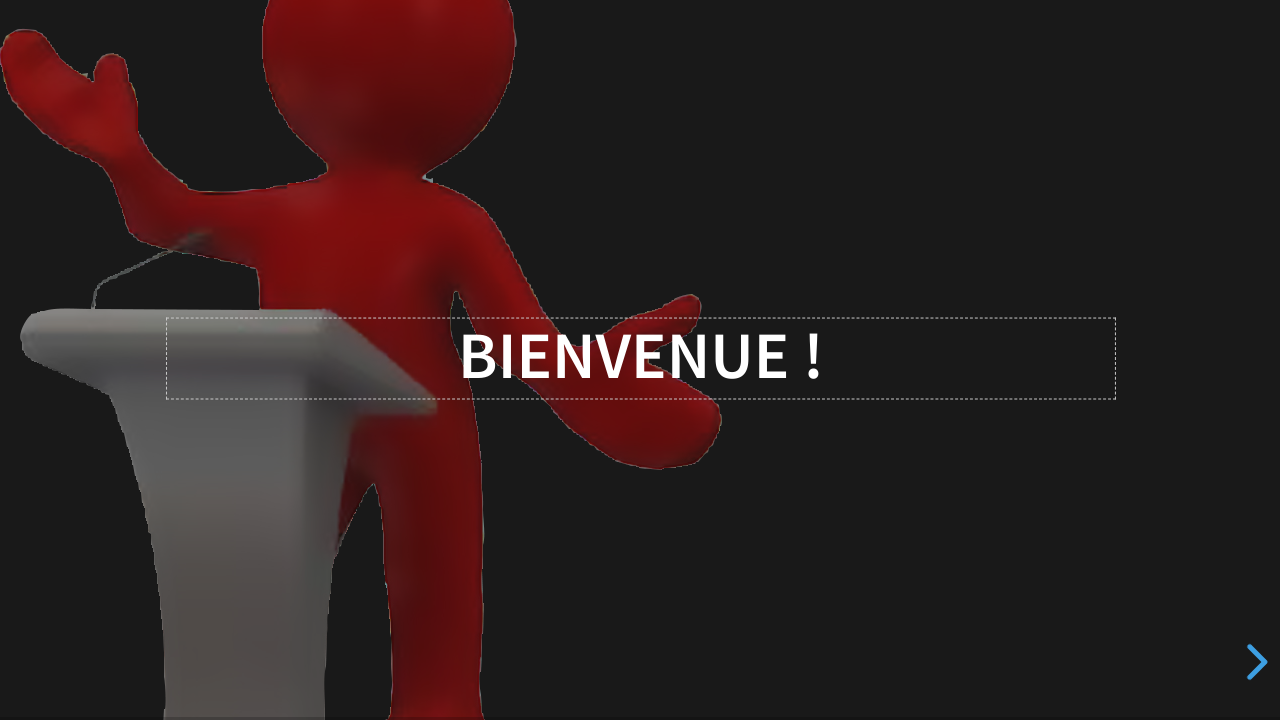
Repository: cutesquirrel/pres-college
Page: index.html
An editor plug-in stored every save of this project. The page is shown before and after the next save, followed by the edit.
The browser window is 1280 px wide. The pictures show the whole page.

Above is the page before, as saved 2024-03-31 10:49:46.

### index.html
<!doctype html>
<html lang="en">
	<head>
		<meta charset="utf-8">
		<meta name="viewport" content="width=device-width, initial-scale=1.0, maximum-scale=1.0, user-scalable=no">

		<title>reveal.js</title>

		<link rel="stylesheet" href="dist/reset.css">
		<link rel="stylesheet" href="dist/reveal.css">
		<link rel="stylesheet" href="dist/theme/black.css">

		<!-- Theme used for syntax highlighted code -->
		<link rel="stylesheet" href="plugin/highlight/monokai.css">
		<link rel="stylesheet" href="custom.css">
	</head>
	<body>
		<div class="reveal">
			<div class="slides">
				<section data-background-image="./whoami.png" data-background-size="722px" data-background-position="left" data-background-repeat="no-repeat" data-background-opacity="0.5">
					<h2 class="animate-text">Bienvenue !</h2>
				</section>
				<section data-background-image="./whoami.png" data-background-size="722px" data-background-position="left" data-background-repeat="no-repeat" data-background-opacity="0.5">
					<h2>Qui suis-je ?</h2>
				</section>
				<section data-background-image="./fond_dev.png" >
					<h2>Développement ?</h2>
				</section>
				<section>

					<h2>Idées de thèmes</h2>
					<ul class="r-fit-text">
<li class="fragment fade-left">Les différentes activités réalisées dans votre travail
Développement Web
Gestion de projet
Management d'équipe
Travailler avec les fournisseurs : hébergeur, avis clients par ex, réseaux sociaux
Réunions d'équipe : qui travaille sur quoi ?
Réunions pour préparer des nouveaux projets
Réunions de crise : gros souci sur un site, on ne vend plus ? panique à bord ?


</li>
<li class="fragment fade-left">Description d'une journée type
	Je dirige une équipe de 8 personnes, coupée en 3 : une partie à Aix, l'autre à Montpellier, 1 en Bretagne
	On utilise donc beaucoup Slack, un outil pour communiquer entre nous, comme WhatsApp
Outils de chat : 2
</li>

<li class="fragment fade-left">les horaires de travail -

	9h-12h/14h-18h environ</li>

<li class="fragment fade-left">lieu(x) d’exercice du métier:

	dans l'entreprise, à Aix, ou en télétravail 2j/semaine</li>

<li class="fragment fade-left">les qualités et compétences demandées
	passioné par le développement
  curieux, inventif
	aimer travailler en équipe
	autonôme parfois
</li>

<li class="fragment fade-left">votre parcours de formation
ESIGELEC, école d'ingénieur généraliste.
Plein d'autres formations possibles : EPITECH, l'école 42, BTS, BUT, formation de reconversion


</li>
<li class="fragment fade-left">la place de l’anglais dans votre profession</li>
<li class="fragment fade-left">L’éducation nationale s’engage pour le développement durable et la transition écologique :
	la question de l’environnement est au coeur des nouveaux programme du lycée.

	parler de la question de la consommation énergétique
	Green IT ?
  Netflix, moteurs de recherche comme Google, l'intelligence articielle, le bitcoin - consommation énergétique monstrueuse


</li>
<li class="fragment fade-left">Entreprise ? égalité fille/ garçon: la part des femmes et des hommes dans votre entreprise

	Parmi les développeurs/euses, il y a encore peu de femmes.
	La preuve, je n'ai qu'une femme dans mon équipe sur 8 personnes...

	Par contre, au service marketing, dont je fais partie, c'est principalement des femmes :
	   graphistes, designeuses
	   community manager
		 responsable produit
		 ventes

  De nombreuses initiatives existent pour promouvoir la place de la femme dans ce métier.

</li>
					</ul>

TROUVER QQ PHOTOS HOMAIR
QQ PHOTOS AGREMENTANT LA PRESENTATION

				</section>
				<section>
					<section>Slide 2.1</section>
					<section>Slide 2.2</section>
				</section>
				<section data-transition="convex">
					<h3>data-transition: convex</h3>
				</section>
				<section data-background="indigo">
					<h2>Scroll triggered fragments</h2>
					<ul>
						<li class="fragment fade-left">Step one</li>
						<li class="fragment fade-left">Step two</li>
						<li class="fragment fade-left">Step three</li>
					</ul>
				</section>
			</div>
		</div>

		<script src="dist/reveal.js"></script>
		<script src="plugin/notes/notes.js"></script>
		<script src="plugin/markdown/markdown.js"></script>
		<script src="plugin/highlight/highlight.js"></script>
		<script>
			// More info about initialization & config:
			// - https://revealjs.com/initialization/
			// - https://revealjs.com/config/
			Reveal.initialize({
				hash: true,

				// Learn about plugins: https://revealjs.com/plugins/
				plugins: [ RevealMarkdown, RevealHighlight, RevealNotes ]
			});
		</script>
		<script src="custom.js"></script>
	</body>
</html>

### dist/theme/black.css
/**
 * Black theme for reveal.js. This is the opposite of the 'white' theme.
 *
 * By Hakim El Hattab, http://hakim.se
 */
@import url(./fonts/source-sans-pro/source-sans-pro.css);
section.has-light-background, section.has-light-background h1, section.has-light-background h2, section.has-light-background h3, section.has-light-background h4, section.has-light-background h5, section.has-light-background h6 {
  color: #222;
}

/*********************************************
 * GLOBAL STYLES
 *********************************************/
:root {
  --r-background-color: #191919;
  --r-main-font: Source Sans Pro, Helvetica, sans-serif;
  --r-main-font-size: 42px;
  --r-main-color: #fff;
  --r-block-margin: 20px;
  --r-heading-margin: 0 0 20px 0;
  --r-heading-font: Source Sans Pro, Helvetica, sans-serif;
  --r-heading-color: #fff;
  --r-heading-line-height: 1.2;
  --r-heading-letter-spacing: normal;
  --r-heading-text-transform: uppercase;
  --r-heading-text-shadow: none;
  --r-heading-font-weight: 600;
  --r-heading1-text-shadow: none;
  --r-heading1-size: 2.5em;
  --r-heading2-size: 1.6em;
  --r-heading3-size: 1.3em;
  --r-heading4-size: 1em;
  --r-code-font: monospace;
  --r-link-color: #42affa;
  --r-link-color-dark: #068de9;
  --r-link-color-hover: #8dcffc;
  --r-selection-background-color: rgba(66, 175, 250, 0.75);
  --r-selection-color: #fff;
  --r-overlay-element-bg-color: 240, 240, 240;
  --r-overlay-element-fg-color: 0, 0, 0;
}

.reveal-viewport {
  background: #191919;
  background-color: var(--r-background-color);
}

.reveal {
  font-family: var(--r-main-font);
  font-size: var(--r-main-font-size);
  font-weight: normal;
  color: var(--r-main-color);
}

.reveal ::selection {
  color: var(--r-selection-color);
  background: var(--r-selection-background-color);
  text-shadow: none;
}

.reveal ::-moz-selection {
  color: var(--r-selection-color);
  background: var(--r-selection-background-color);
  text-shadow: none;
}

.reveal .slides section,
.reveal .slides section > section {
  line-height: 1.3;
  font-weight: inherit;
}

/*********************************************
 * HEADERS
 *********************************************/
.reveal h1,
.reveal h2,
.reveal h3,
.reveal h4,
.reveal h5,
.reveal h6 {
  margin: var(--r-heading-margin);
  color: var(--r-heading-color);
  font-family: var(--r-heading-font);
  font-weight: var(--r-heading-font-weight);
  line-height: var(--r-heading-line-height);
  letter-spacing: var(--r-heading-letter-spacing);
  text-transform: var(--r-heading-text-transform);
  text-shadow: var(--r-heading-text-shadow);
  word-wrap: break-word;
}

.reveal h1 {
  font-size: var(--r-heading1-size);
}

.reveal h2 {
  font-size: var(--r-heading2-size);
}

.reveal h3 {
  font-size: var(--r-heading3-size);
}

.reveal h4 {
  font-size: var(--r-heading4-size);
}

.reveal h1 {
  text-shadow: var(--r-heading1-text-shadow);
}

/*********************************************
 * OTHER
 *********************************************/
.reveal p {
  margin: var(--r-block-margin) 0;
  line-height: 1.3;
}

/* Remove trailing margins after titles */
.reveal h1:last-child,
.reveal h2:last-child,
.reveal h3:last-child,
.reveal h4:last-child,
.reveal h5:last-child,
.reveal h6:last-child {
  margin-bottom: 0;
}

/* Ensure certain elements are never larger than the slide itself */
.reveal img,
.reveal video,
.reveal iframe {
  max-width: 95%;
  max-height: 95%;
}

.reveal strong,
.reveal b {
  font-weight: bold;
}

.reveal em {
  font-style: italic;
}

.reveal ol,
.reveal dl,
.reveal ul {
  display: inline-block;
  text-align: left;
  margin: 0 0 0 1em;
}

.reveal ol {
  list-style-type: decimal;
}

.reveal ul {
  list-style-type: disc;
}

.reveal ul ul {
  list-style-type: square;
}

.reveal ul ul ul {
  list-style-type: circle;
}

.reveal ul ul,
.reveal ul ol,
.reveal ol ol,
.reveal ol ul {
  display: block;
  margin-left: 40px;
}

.reveal dt {
  font-weight: bold;
}

.reveal dd {
  margin-left: 40px;
}

.reveal blockquote {
  display: block;
  position: relative;
  width: 70%;
  margin: var(--r-block-margin) auto;
  padding: 5px;
  font-style: italic;
  background: rgba(255, 255, 255, 0.05);
  box-shadow: 0px 0px 2px rgba(0, 0, 0, 0.2);
}

.reveal blockquote p:first-child,
.reveal blockquote p:last-child {
  display: inline-block;
}

.reveal q {
  font-style: italic;
}

.reveal pre {
  display: block;
  position: relative;
  width: 90%;
  margin: var(--r-block-margin) auto;
  text-align: left;
  font-size: 0.55em;
  font-family: var(--r-code-font);
  line-height: 1.2em;
  word-wrap: break-word;
  box-shadow: 0px 5px 15px rgba(0, 0, 0, 0.15);
}

.reveal code {
  font-family: var(--r-code-font);
  text-transform: none;
  tab-size: 2;
}

.reveal pre code {
  display: block;
  padding: 5px;
  overflow: auto;
  max-height: 400px;
  word-wrap: normal;
}

.reveal .code-wrapper {
  white-space: normal;
}

.reveal .code-wrapper code {
  white-space: pre;
}

.reveal table {
  margin: auto;
  border-collapse: collapse;
  border-spacing: 0;
}

.reveal table th {
  font-weight: bold;
}

.reveal table th,
.reveal table td {
  text-align: left;
  padding: 0.2em 0.5em 0.2em 0.5em;
  border-bottom: 1px solid;
}

.reveal table th[align=center],
.reveal table td[align=center] {
  text-align: center;
}

.reveal table th[align=right],
.reveal table td[align=right] {
  text-align: right;
}

.reveal table tbody tr:last-child th,
.reveal table tbody tr:last-child td {
  border-bottom: none;
}

.reveal sup {
  vertical-align: super;
  font-size: smaller;
}

.reveal sub {
  vertical-align: sub;
  font-size: smaller;
}

.reveal small {
  display: inline-block;
  font-size: 0.6em;
  line-height: 1.2em;
  vertical-align: top;
}

.reveal small * {
  vertical-align: top;
}

.reveal img {
  margin: var(--r-block-margin) 0;
}

/*********************************************
 * LINKS
 *********************************************/
.reveal a {
  color: var(--r-link-color);
  text-decoration: none;
  transition: color 0.15s ease;
}

.reveal a:hover {
  color: var(--r-link-color-hover);
  text-shadow: none;
  border: none;
}

.reveal .roll span:after {
  color: #fff;
  background: var(--r-link-color-dark);
}

/*********************************************
 * Frame helper
 *********************************************/
.reveal .r-frame {
  border: 4px solid var(--r-main-color);
  box-shadow: 0 0 10px rgba(0, 0, 0, 0.15);
}

.reveal a .r-frame {
  transition: all 0.15s linear;
}

.reveal a:hover .r-frame {
  border-color: var(--r-link-color);
  box-shadow: 0 0 20px rgba(0, 0, 0, 0.55);
}

/*********************************************
 * NAVIGATION CONTROLS
 *********************************************/
.reveal .controls {
  color: var(--r-link-color);
}

/*********************************************
 * PROGRESS BAR
 *********************************************/
.reveal .progress {
  background: rgba(0, 0, 0, 0.2);
  color: var(--r-link-color);
}

/*********************************************
 * PRINT BACKGROUND
 *********************************************/
@media print {
  .backgrounds {
    background-color: var(--r-background-color);
  }
}

### plugin/highlight/monokai.css
/*
Monokai style - ported by Luigi Maselli - http://grigio.org
*/

.hljs {
  display: block;
  overflow-x: auto;
  padding: 0.5em;
  background: #272822;
  color: #ddd;
}

.hljs-tag,
.hljs-keyword,
.hljs-selector-tag,
.hljs-literal,
.hljs-strong,
.hljs-name {
  color: #f92672;
}

.hljs-code {
  color: #66d9ef;
}

.hljs-class .hljs-title {
  color: white;
}

.hljs-attribute,
.hljs-symbol,
.hljs-regexp,
.hljs-link {
  color: #bf79db;
}

.hljs-string,
.hljs-bullet,
.hljs-subst,
.hljs-title,
.hljs-section,
.hljs-emphasis,
.hljs-type,
.hljs-built_in,
.hljs-builtin-name,
.hljs-selector-attr,
.hljs-selector-pseudo,
.hljs-addition,
.hljs-variable,
.hljs-template-tag,
.hljs-template-variable {
  color: #a6e22e;
}

.hljs-comment,
.hljs-quote,
.hljs-deletion,
.hljs-meta {
  color: #75715e;
}

.hljs-keyword,
.hljs-selector-tag,
.hljs-literal,
.hljs-doctag,
.hljs-title,
.hljs-section,
.hljs-type,
.hljs-selector-id {
  font-weight: bold;
}

### custom.css
/* effet machine à écrire (SIMPLE) */
.animate-text {
	visibility:hidden;
  font-family:"courier",sans-serif;
  color:black;
}

/* déco */
.animate-text {
  width:100%; /* pour visualiser le passage a la ligne */
  border:1px dashed #ccc;
}

/* effet machine à écrire + animation CSS (SPECIAL) */
/*
.animate-text span {
	display:inline-block;
  color:purple;
  animation:fade-in 0.8s ease-in-out 1;
	animation-fill-mode: forwards;
}
@keyframes fade-in {
	0% { opacity:0; font-size:0; xxmargin-left:100px; }
  100% { opacity:1; xxfont-size:300%; xxtransform:rotate(360deg); margin-left:0; }
}
*/

### custom.js
/* ------------------------- */
/* Version en JavaScript pur */
/* ------------------------- */
'use strict'
window.addEventListener('DOMContentLoaded', (event) => {
  animate_text()
})
// -------------------
function animate_text() {
  setInterval(function () {
    let delay = 100,
      delay_start = 0,
      contents,
      letters

    document.querySelectorAll('.animate-text').forEach(function (elem) {
      contents = elem.textContent.trim()
      elem.textContent = ''
      letters = contents.split('')
      elem.style.visibility = 'visible'

      letters.forEach(function (letter, index_1) {
        setTimeout(function () {
          // ---------
          // effet machine à écrire (SIMPLE)
          elem.textContent += letter
          // ---------
          // OU :
          // effet machine à écrire + animation CSS (SPECIAL)
          /*
        var span = document.createElement('span');
        span.innerHTML = letter.replace(/ /,'&nbsp;');
        elem.appendChild(span);
*/
          // ---------
        }, delay_start + delay * index_1)
      })
      delay_start += delay * letters.length
    })
  }, 2000)
}

Loaded but not shown: dist/reset.css (common file); dist/reveal.css (library); dist/reveal.js (library); plugin/notes/notes.js (library); plugin/markdown/markdown.js (library); plugin/highlight/highlight.js (library); dist/theme/fonts/source-sans-pro/source-sans-pro.css (common file)

After the next save:
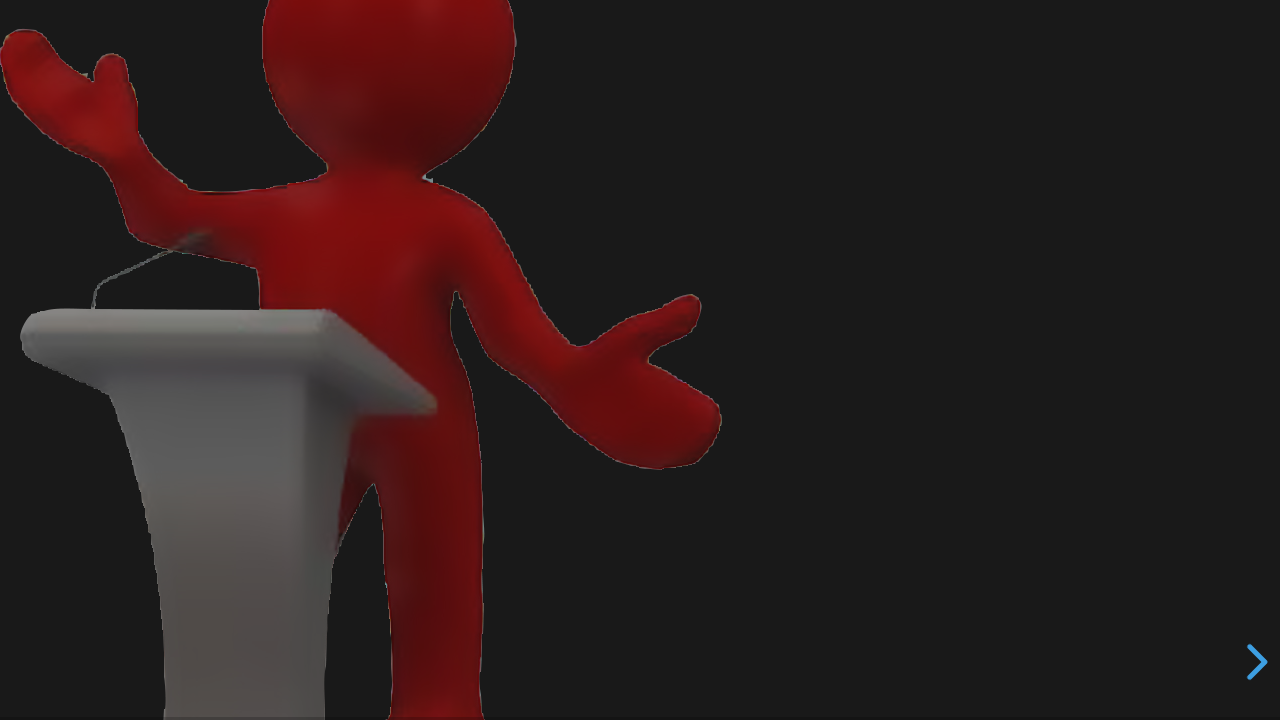
Saved 22 s later.
--- a/custom.js
+++ b/custom.js
@@ -37,5 +37,5 @@
       })
       delay_start += delay * letters.length
     })
-  }, 2000)
+  }, 6000)
 }

After the save that followed:
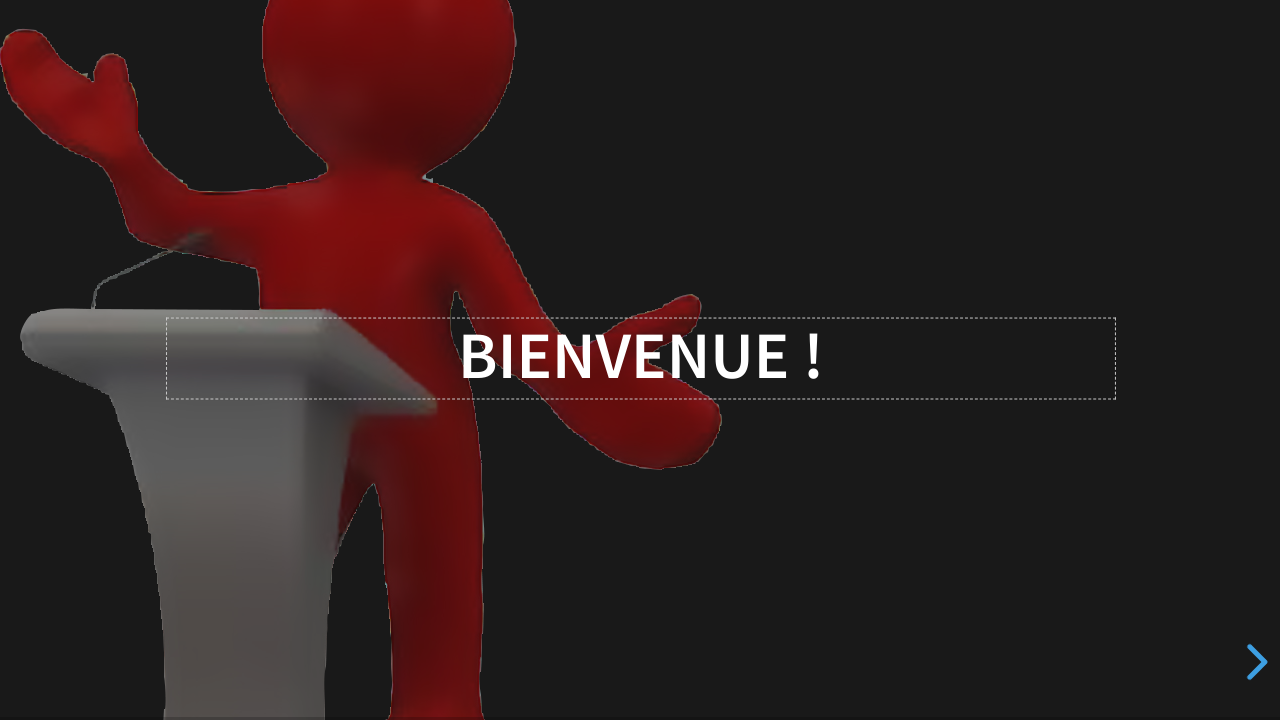
Saved 18 s later.
--- a/custom.js
+++ b/custom.js
@@ -37,5 +37,5 @@
       })
       delay_start += delay * letters.length
     })
-  }, 6000)
+  }, 4000)
 }
